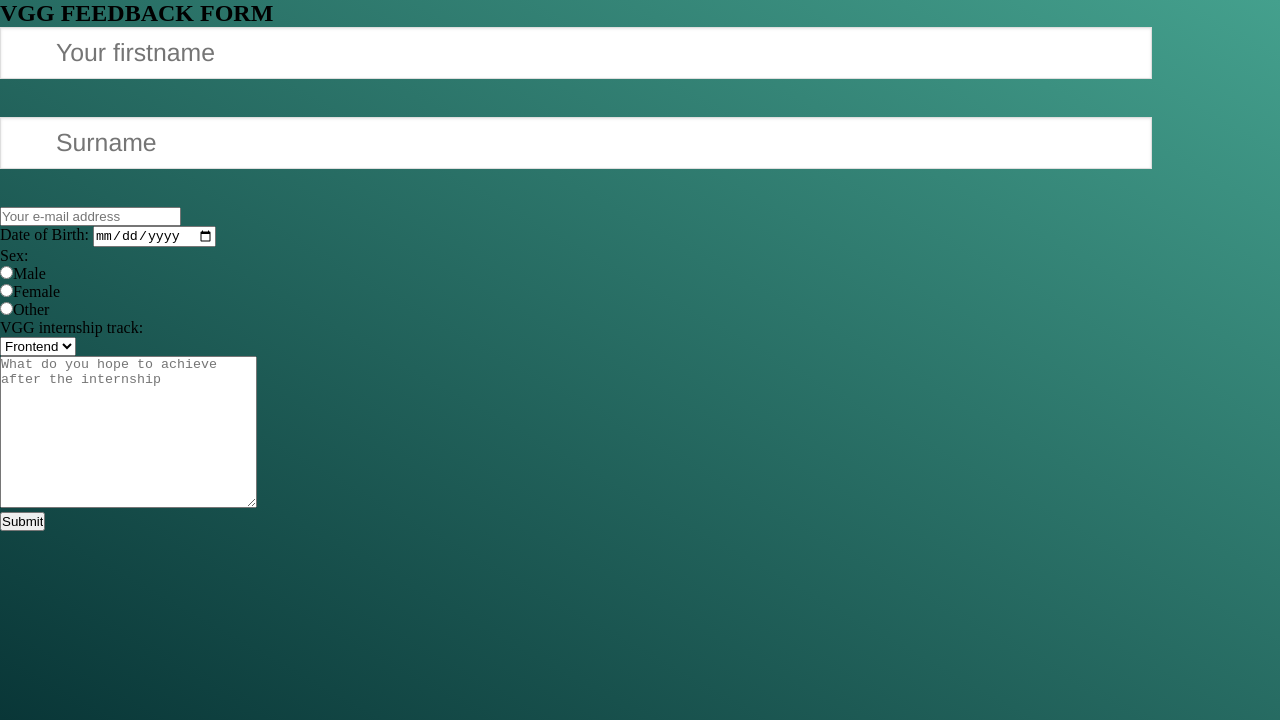
Repository: iphyokafor/VGG-Feedback-form
Page: index.html
The author's editor kept a copy of each file at every save. The page is drawn from the files as they stood at one save, then again after the next save.
The browser window is 1280 px wide. The pictures show the whole page.

Above is the page before, as saved 2020-01-12 22:15:04.

After the next save:
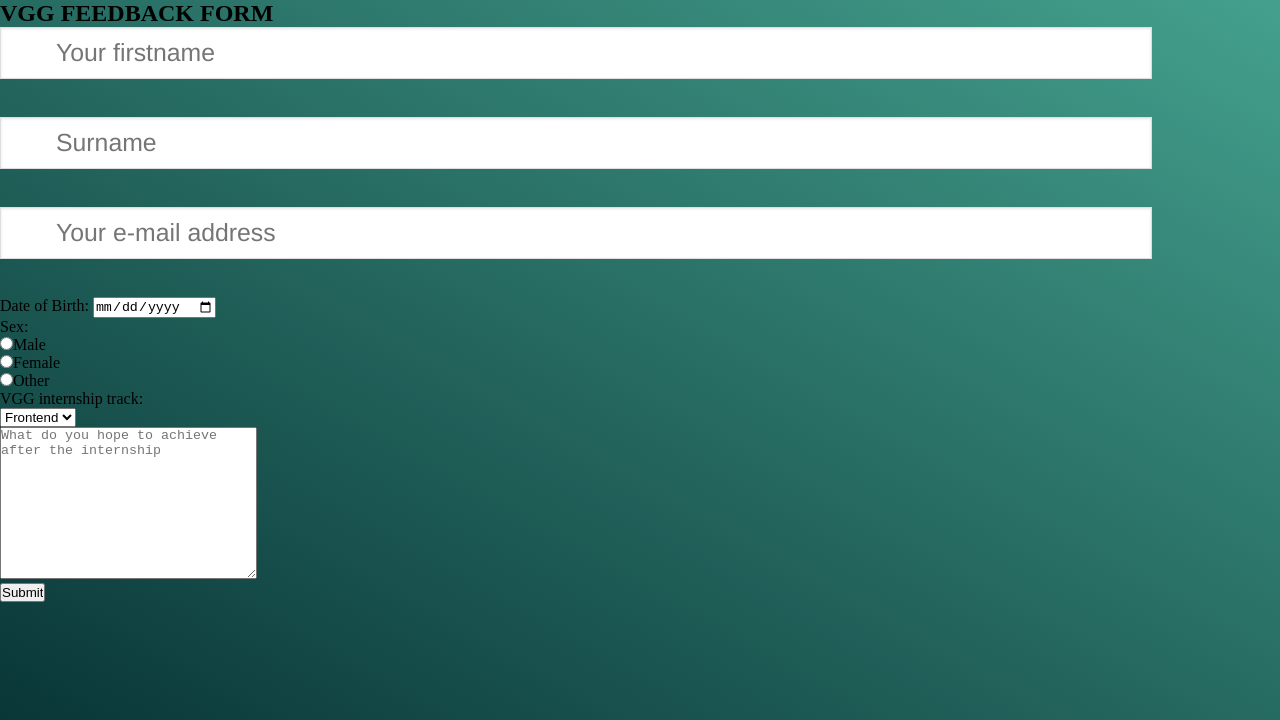
Saved 38 s later.
--- a/index.html
+++ b/index.html
@@ -17,7 +17,7 @@
                 <h2>VGG FEEDBACK FORM</h2>
                 <input type="text" name="name" id="name" placeholder="Your firstname" class="txtinput"><br>
                 <input type="text" name="surname" id="surname" placeholder="Surname" class="txtinput"><br>
-                <input type="email" name="email" id="email" placeholder="Your e-mail address" required><br> Date of Birth: <input type="date" name="Date of Birth"><br> Sex:
+                <input type="email" name="email" id="email" placeholder="Your e-mail address" class="txtinput" required><br> Date of Birth: <input type="date" name="Date of Birth"><br> Sex:
                 <br>
                 <input type="radio" name="gender">Male<br>
                 <input type="radio" name="gender">Female<br>
